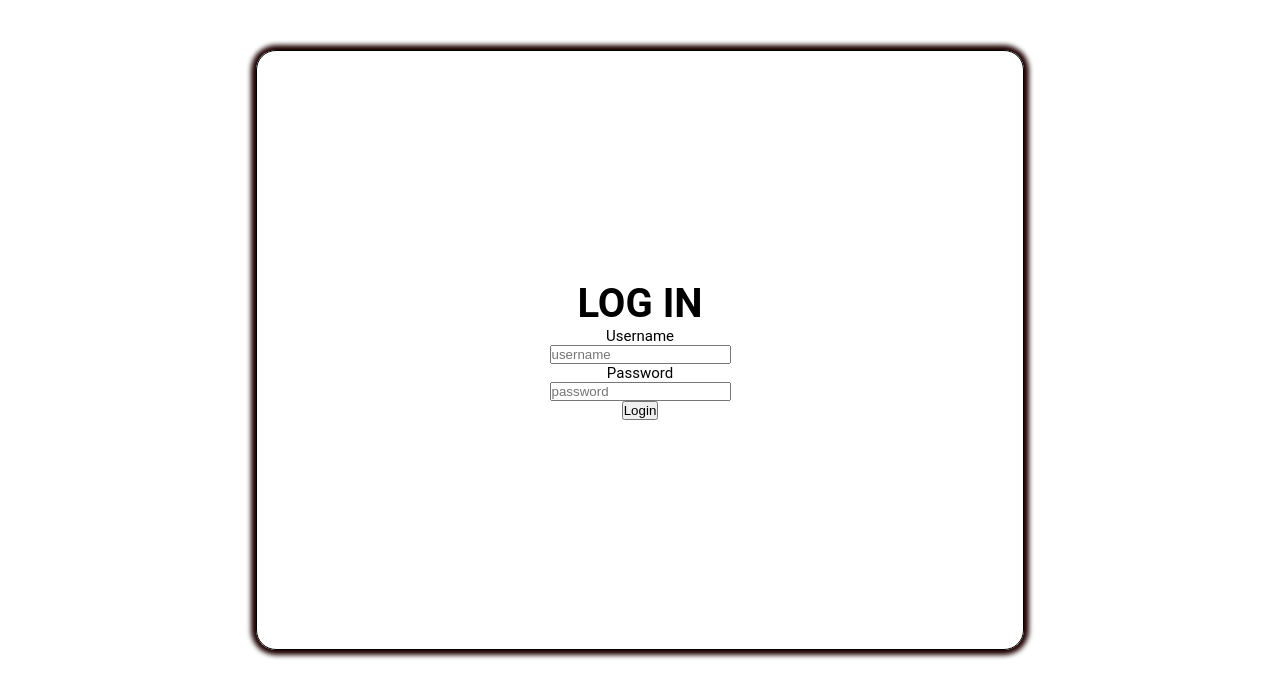
Repository: huyna1707/learning-git
Page: index.html
An editor plug-in stored every save of this project. The page is shown before and after a run of saves, followed by the edit.
The browser window is 1280 px wide. The pictures show the whole page.

Above is the page before, as saved 2024-08-09 23:20:17.

After the next 3 saves:
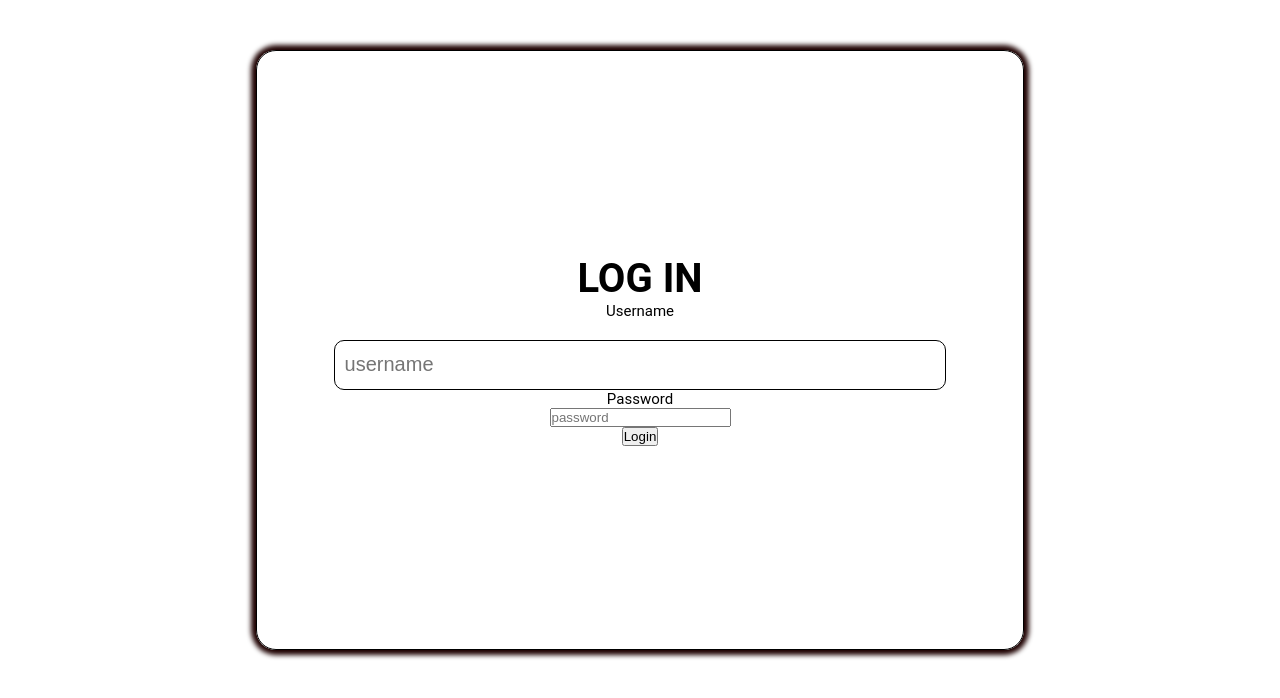
The 3 saves are shown as one change because they came seconds apart.
The last was saved 14 s later.
--- a/style.css
+++ b/style.css
@@ -30,5 +30,11 @@
     font-weight: 600;
 }
 form #username{
-    hidden: true;
+    width: 80%;
+    height: 50px;
+    margin-top: 20px;
+    border: 1px solid black;
+    border-radius: 10px;
+    padding: 10px;
+    font-size: 20px;
 }

After the save that followed:
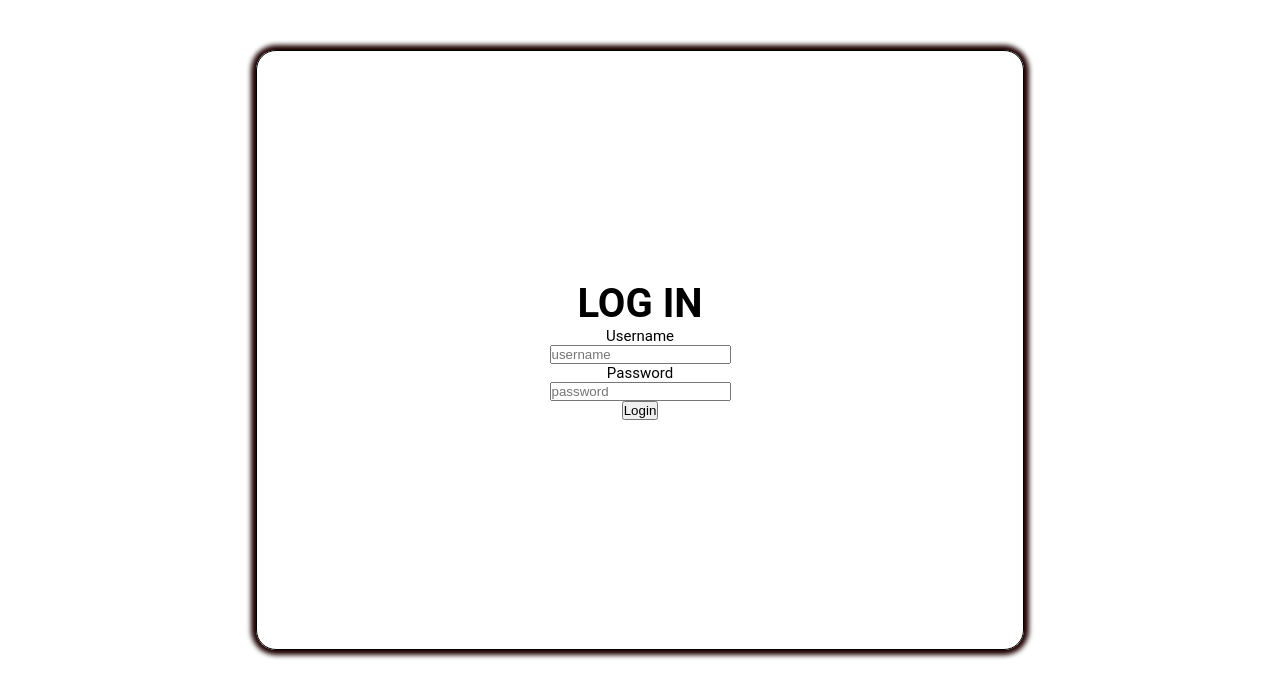
Saved 4 s later.
--- a/style.css
+++ b/style.css
@@ -30,11 +30,5 @@
     font-weight: 600;
 }
 form #username{
-    width: 80%;
-    height: 50px;
-    margin-top: 20px;
-    border: 1px solid black;
-    border-radius: 10px;
-    padding: 10px;
-    font-size: 20px;
+
 }
